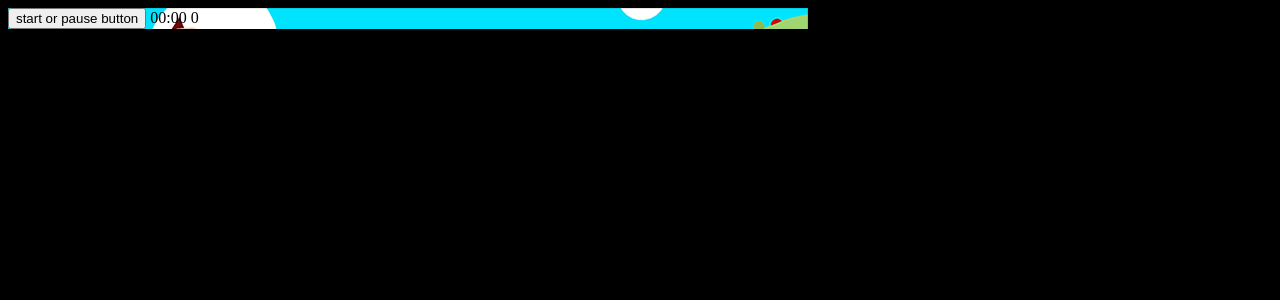
Repository: rladpwl0512/dreamcoding_browser101
Page: (7) catch-carrot-game/catch carrot/index.html
An editor plug-in stored every save of this project. The page is shown before and after the next save, followed by the edit.
The browser window is 1280 px wide. The pictures show the whole page.

Above is the page before, as saved 2021-10-06 19:07:20.

### (7) catch-carrot-game/catch carrot/index.html
<!DOCTYPE html>
<html lang="en">
<head>
  <meta charset="UTF-8">
  <meta http-equiv="X-UA-Compatible" content="IE=edge">
  <meta name="viewport" content="width=device-width, initial-scale=1.0">
  <link rel="stylesheet" href="./style.css">
  <scrip src="./main.js" defer></script>
  <title>🥕catch carrot</title>
</head>
<body>
  <div class="background">
    <button class="btn">
      <span class="blind">start or pause button</span>
    </button>
    <span class="timer">00:00</span>
    <span class="count">0</span>
  </div>
</body>
</html>

### (7) catch-carrot-game/catch carrot/style.css
@charset "UTF-8";

body {
  background-color: black;
}

.background {
  background-image: url(./img/background.png);
  background-repeat: no-repeat;
}

After the next save:
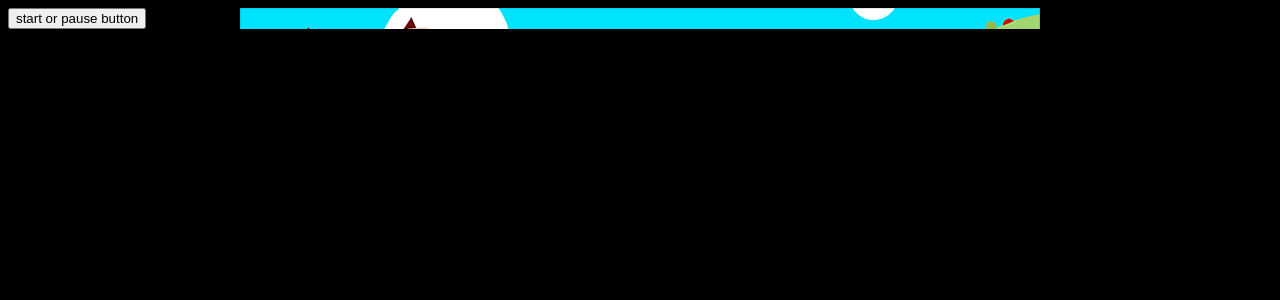
Saved 11 s later.
--- a/(7) catch-carrot-game/catch carrot/style.css
+++ b/(7) catch-carrot-game/catch carrot/style.css
@@ -7,4 +7,5 @@
 .background {
   background-image: url(./img/background.png);
   background-repeat: no-repeat;
+  background-position: top center;
 }
